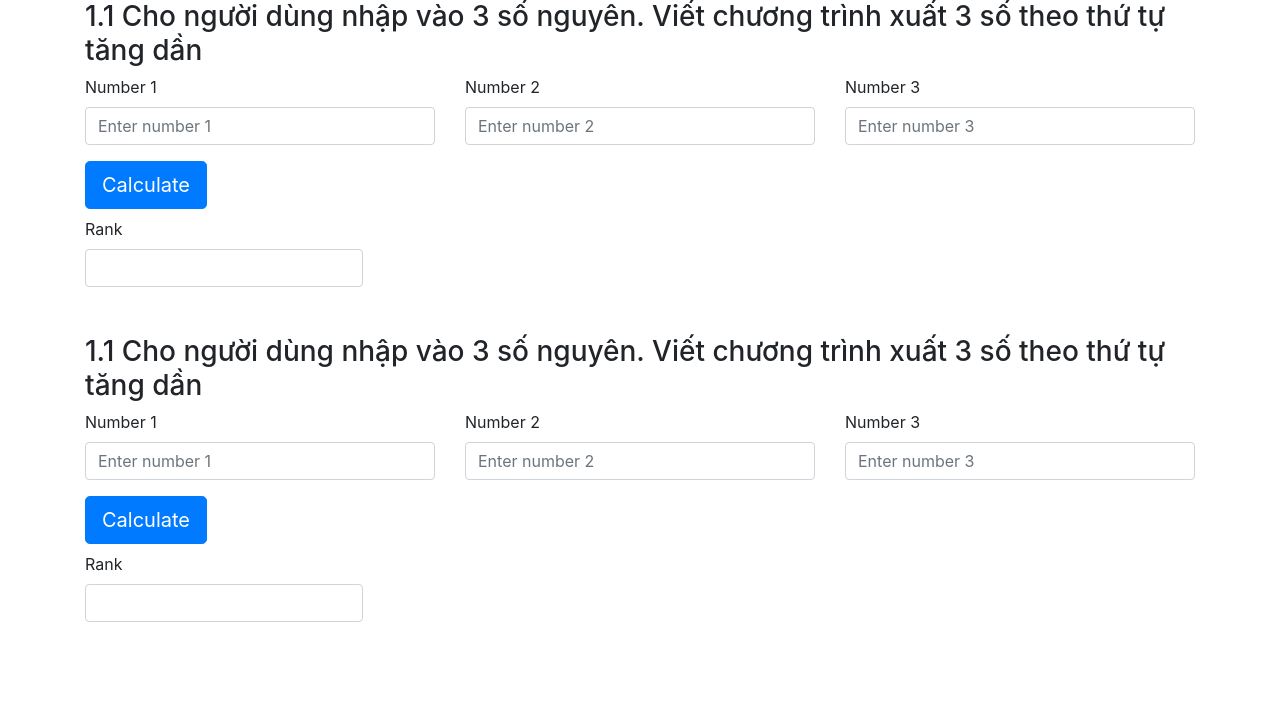
Repository: baobaodeveloper/bootscamp21__jsbasic__HuynhAnhBao
Page: index.html
These files come from the project's save history. The page is drawn as it stood at one moment and after the next save; the edit follows.
The browser window is 1280 px wide. The pictures show the whole page.

Above is the page before, as saved 2022-03-09 23:49:08.

After the next save:
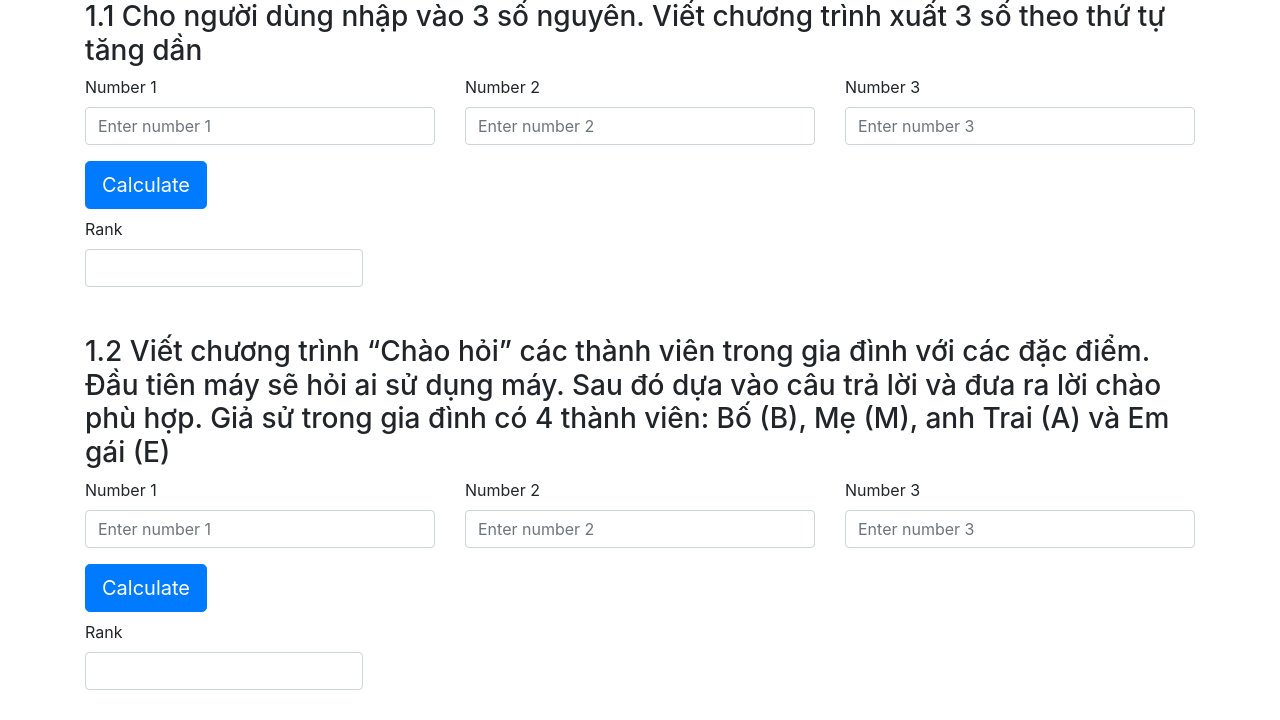
Saved 61 s later.
--- a/index.html
+++ b/index.html
@@ -67,8 +67,10 @@
     gia đình có 4 thành viên: Bố (B), Mẹ (M), anh Trai (A) và Em gái (E) -->
     <div class="container">
       <h3>
-        1.1 Cho người dùng nhập vào 3 số nguyên. Viết chương trình xuất 3 số
-        theo thứ tự tăng dần
+        1.2 Viết chương trình “Chào hỏi” các thành viên trong gia đình với các
+        đặc điểm. Đầu tiên máy sẽ hỏi ai sử dụng máy. Sau đó dựa vào câu trả lời
+        và đưa ra lời chào phù hợp. Giả sử trong gia đình có 4 thành viên: Bố
+        (B), Mẹ (M), anh Trai (A) và Em gái (E)
       </h3>
 
       <div class="row">
